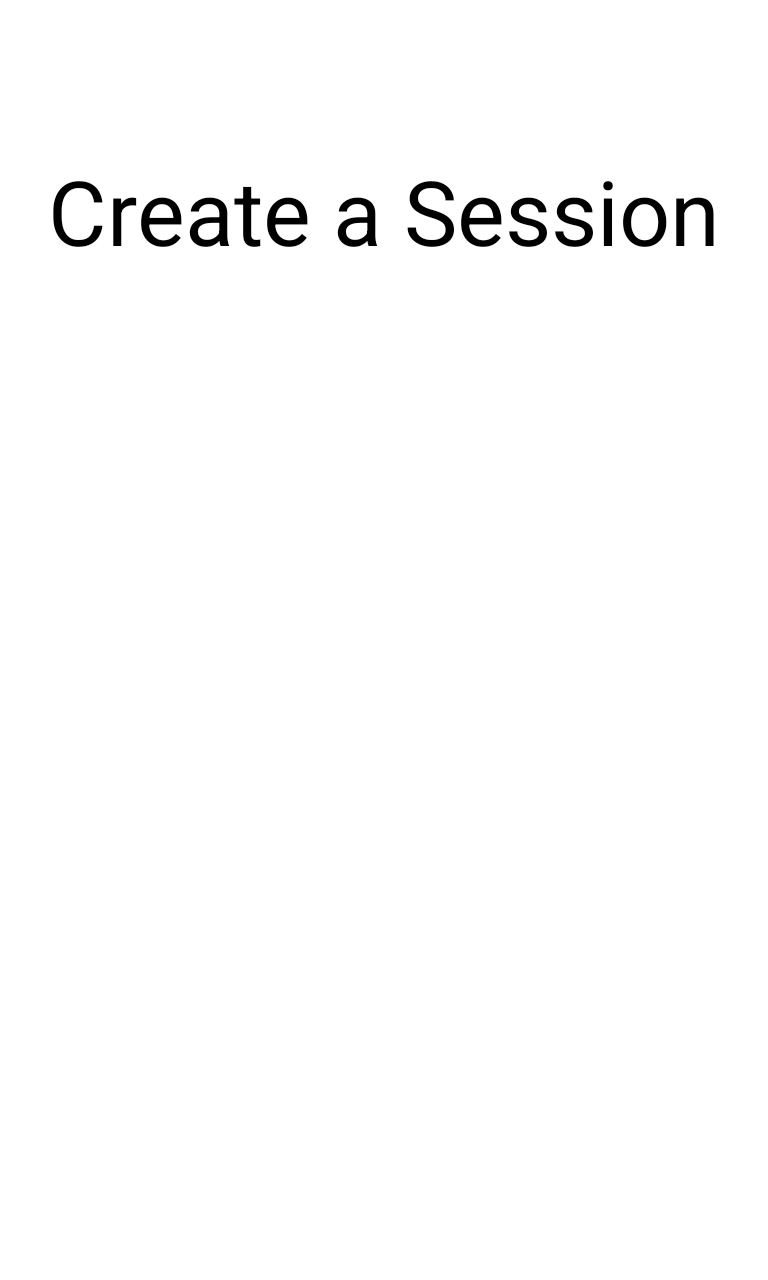
Repository: vnataraj/groupnote
Layout: GroupNote/res/layout/create_session.xml
An editor plug-in stored every save of this project. The layout is shown before and after the next save, followed by the edit.
It is drawn on a 768 x 1280 px phone screen (xhdpi) without system bars, with theme AppTheme; the app's code is not run.

Above is the layout before, as saved 2013-03-19 19:57:07.

After the next save:
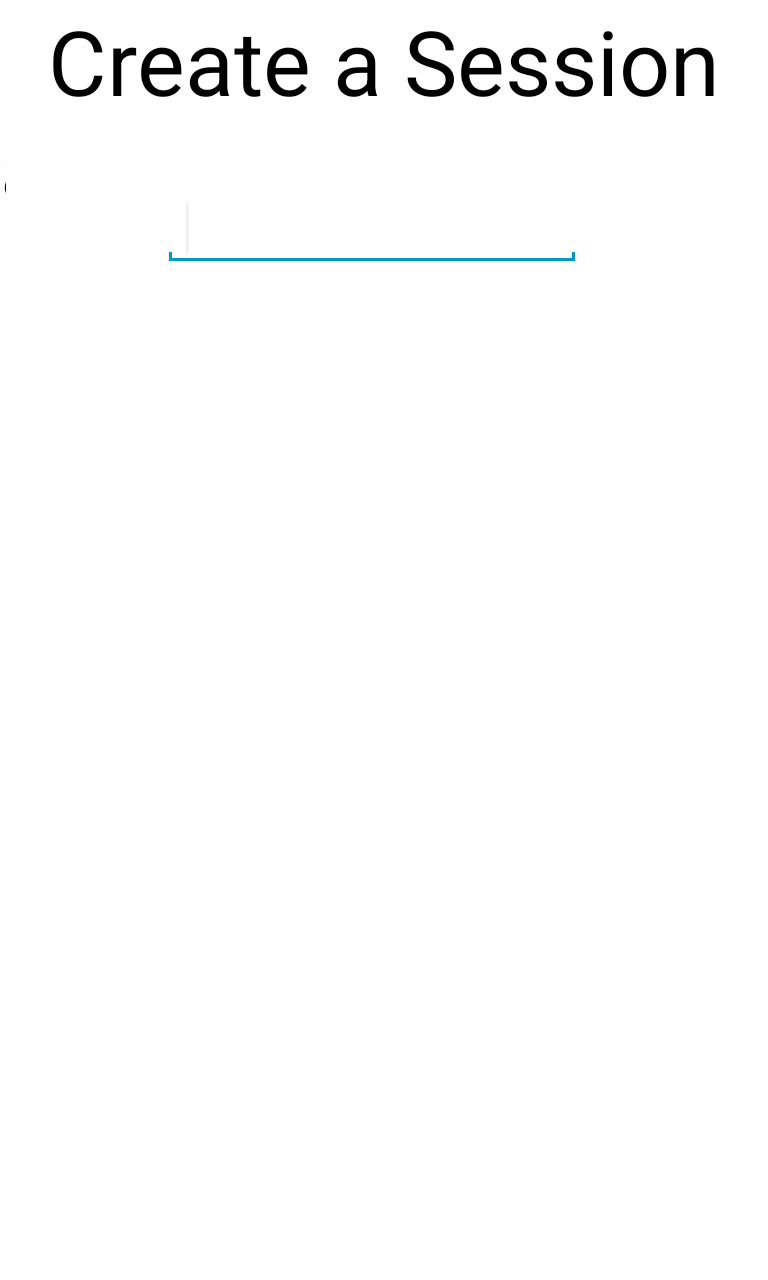
Saved 3 min 51 s later.
--- a/GroupNote/res/layout/create_session.xml
+++ b/GroupNote/res/layout/create_session.xml
@@ -10,10 +10,34 @@
         android:layout_height="wrap_content"
         android:layout_alignParentLeft="true"
         android:layout_alignParentTop="true"
-        android:layout_marginTop="75dp"
         android:gravity="center_horizontal"
         android:text="Create a Session"
         android:textAppearance="?android:attr/textAppearanceLarge"
         android:textSize="45sp" />
 
+    <EditText
+        android:id="@+id/editText1"
+        android:layout_width="wrap_content"
+        android:layout_height="wrap_content"
+        android:layout_alignParentRight="true"
+        android:layout_below="@+id/textView1"
+        android:layout_marginRight="93dp"
+        android:layout_marginTop="34dp"
+        android:ems="10"
+        android:inputType="textShortMessage" >
+
+        <requestFocus />
+    </EditText>
+
+    <TextView
+        android:id="@+id/textView2"
+        android:layout_width="wrap_content"
+        android:layout_height="wrap_content"
+        android:layout_alignBottom="@+id/editText1"
+        android:layout_marginRight="78dp"
+        android:layout_toLeftOf="@+id/editText1"
+        android:text="Large Text"
+        android:textAppearance="?android:attr/textAppearanceLarge"
+        android:textSize="45sp" /> />
+
 </RelativeLayout>
